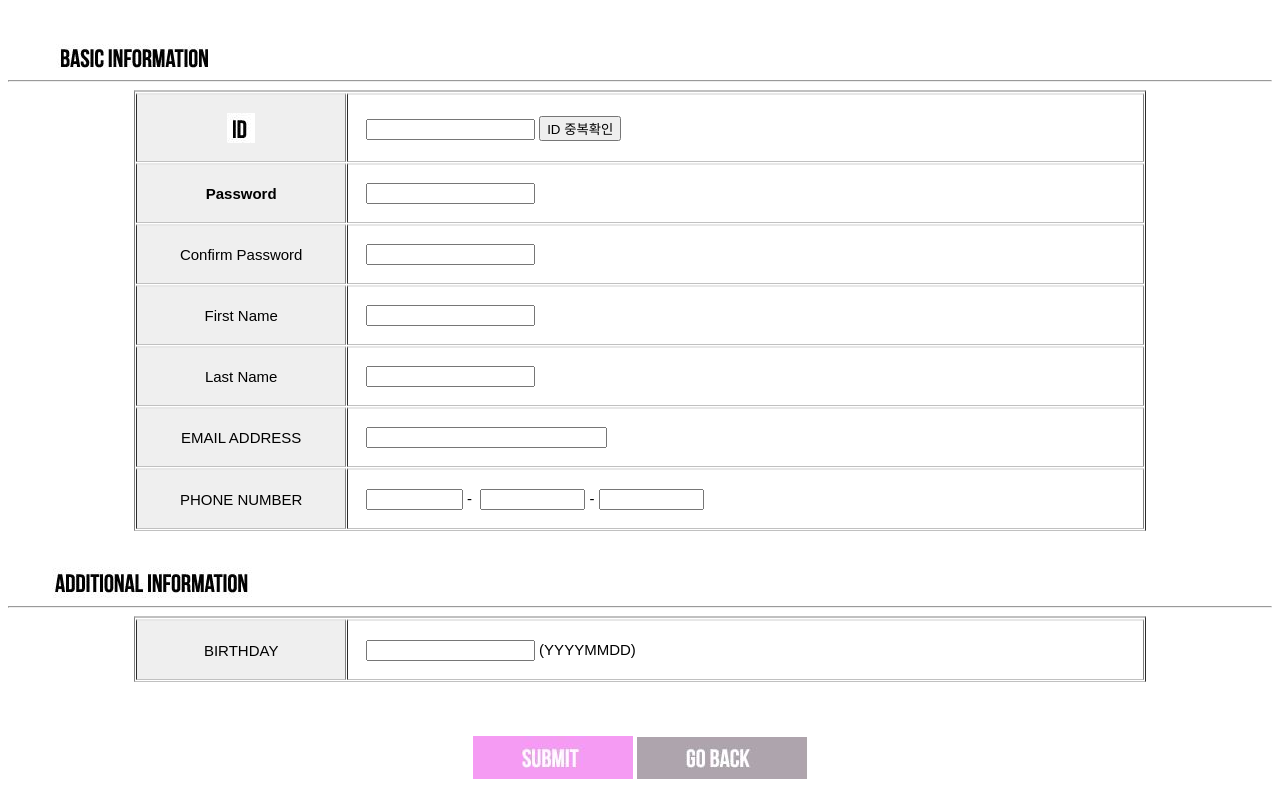
Repository: kminjoo/Making-website-using-JSP
Page: http://localhost/website_project/Register.jsp
An editor plug-in stored every save of this project. The page is shown before and after the next save, followed by the edit.
The browser window is 1280 px wide. The pictures show the whole page.
The page is served by Tomcat 9. Other server files are loaded and not shown.

Above is the page before, as saved 2015-07-21 14:40:28.

### website_project/WebContent/Register.jsp
<%@ page language="java" contentType="text/html; charset=EUC-KR"
    pageEncoding="EUC-KR"%>
<!DOCTYPE html PUBLIC "-//W3C//DTD HTML 4.01 Transitional//EN" "http://www.w3.org/TR/html4/loose.dtd">
<html>
<head>
<meta http-equiv="Content-Type" content="text/html; charset=EUC-KR">
<title>Welcome to Minjoo's Website!</title>
<link href="style.css" rel="stylesheet" type="text/css">

<script language="JavaScript" src="script.js"></script>
</head>
<body><br><br>
<div>&nbsp;&nbsp;&nbsp;&nbsp;&nbsp;&nbsp;&nbsp;&nbsp;&nbsp;&nbsp;&nbsp;
<img src="<%=request.getContextPath() %>/images/basicInfo.JPG"/></div>
<hr>
<table border="1" cellpadding="18" cellspacing="1" width="80%" align="center">
<form name="regForm" method="post" action="RegisterProc.jsp">
	<tr>
		<td width="13%" align="center" bgcolor="#EFEFEF">
		<img src="<%=request.getContextPath() %>/images/id2.JPG"/>
		</td>
		<td width="60%"><input type="text" name="mem_id" size="18">
		<input type="button" value="ID 중복확인" onClick="idCheck(this.form.mem_id.value)"></td>
	</tr>
	<tr>
		<td width="13%" align="center" bgcolor="#EFEFEF"><strong>Password</strong>
</td>
		<td width="60%"><input type="password" name="mem_passwd" size="18">
	</tr>
	<tr>
		<td width="13%" align="center" bgcolor="#EFEFEF">Confirm Password</td>
		<td width="60%"><input type="password" name="mem_repasswd" size="18">
	</tr>
	<tr>
		<td width="13%" align="center" bgcolor="#EFEFEF">First Name</td>
		<td width="60%"><input type="text" name="mem_firstname" size="18"></td>
	</tr>
	<tr>
		<td width="13%" align="center" bgcolor="#EFEFEF">Last Name</td>
		<td width="60%"><input type="text" name="mem_lastname" size="18"></td>
	</tr>
	<tr>
		<td width="13%" align="center" bgcolor="#EFEFEF">EMAIL ADDRESS</td>
		<td width="60%"><input type="text" name="mem_email" size="27">
	</tr>
	<tr>
		<td width="13%" align="center" bgcolor="#EFEFEF">PHONE NUMBER</td>
		<td width="30%"><input type="text" name="mem_phone1" size="9">&nbsp;-&nbsp;
		<input type="text" name="mem_phone2" size="10">&nbsp;-&nbsp;<input type="text" name="mem_phone3" size="10"></td>
	</tr>

</table>
<br><br>
<div>&nbsp;&nbsp;&nbsp;&nbsp;&nbsp;&nbsp;&nbsp;&nbsp;&nbsp;&nbsp;&nbsp;<img src="<%=request.getContextPath() %>/images/additional.JPG"/></div>
<hr>
<table border="1" cellpadding="18" cellspacing="1" width="80%" align="center">
<tr>
		<td width="13%" align="center" bgcolor="#EFEFEF">BIRTHDAY</td>
		<td width="60%"><input type="text" name="mem_bday" size="18">
		(YYYYMMDD)</td>
</tr>
</table>
</form>
<br>
<br>
&nbsp;&nbsp;&nbsp;&nbsp;&nbsp;&nbsp;&nbsp;&nbsp;&nbsp;&nbsp;&nbsp;
<div align="center">
<img src="<%=request.getContextPath() %>/images/submit.JPG"/>
<img src="<%=request.getContextPath() %>/images/goback.JPG"/></div>
</body>
</html>

### website_project/WebContent/style.css
@CHARSET "EUC-KR";

hr {
    display: block;
    margin-top: 0.5em;
    margin-bottom: 0.5em;
    margin-left: auto;
    margin-right: auto;
    border-style: inset;
    border-width: 1px;
}
div{
}
/*table {
    display: table;
    border-collapse: collpase;
    border-spacing: 0px;
    border-color: #EFEFEF;
}*/

img{vertical-align:middle;}

table{table-layout:fixed;border-top:2px solid #c0c0c0;border-bottom:1px solid #c0c0c0;}

td{border-top:2px solid #e7e7e7;color:black;line-height:140%;font-size:15px;font-family: arial;}

### website_project/WebContent/script.js
/**
 *
 */


function loginCheck(){
	if(document.login.mem_id.value==""){
		alert("Enter your ID.");
		document.login.mem_id.focus();
		return;
	}
	if(document.login.mem_passwd.value==""){
		alert("Enter your password.");
		document.login.mem_passwd.focus();
		return;
	}
	document.login.submit();

}

function memberReg(){
	location.href ="Register.jsp";
}
function idCheck(id){
	if(id == ""){
	alert("Enter your ID.");
	document.regForm.mem_id.focus();
	}else{
		url="IdCheck.jsp?mem_id=" + id;
		window.open(url,"post","width=300,height=150");
	}
}

function inputCheck(){
	if(document.regForm.mem_id.value==""){
		alert("Enter your ID.");
		document.regForm.mem_id.focus();
		return;
	}
	if(document.regForm.mem_password.value==""){
		alert("Enter your Password.");
		document.regForm.mem_password.focus();
		return;
	}
	if(document.regForm.mem_repasswd.value==""){
		alert("Enter your Password.");
		document.regForm.mem_repasswd.focus();
		return;
	}

	if(document.regForm.mem_password.value != document.regForm.mem_repasswd.value){
		alert("Passwords do not match.");
		document.regForm.mem_passwd.focus();
		return;
	}

	if(document.regForm.mem_firstname.value==""){
		alert("Enter your first name.");
		document.regForm.mem_firstname.focus();
		return;
	}
	if(document.regForm.mem_lastname.value==""){
		alert("Enter your last name.");
		document.regForm.mem_lastname.focus();
		return;
	}
	if(document.regForm.mem_email.value==""){
		alert("Enter your email address.");
		document.regForm.mem_email.focus();
		return;
	}
	if(document.regForm.mem_phone1.value==""){
		alert("Enter your phone number.");
		document.regForm.mem_phone1.focus();
		return;
	}
	if(document.regForm.mem_phone2.value==""){
		alert("Enter your phone number.");
		document.regForm.mem_phone2.focus();
		return;
	}
	if(document.regForm.mem_phone3.value==""){
		alert("Enter your phone number.");
		document.regForm.mem_phone3.focus();
		return;
	}

	var str = document.regForm.mem_email.value;
	var atPos = str.indexOf('@');
	var atLastPos = str.lastIndexOf('@');
	var dotPos = str.indexOf('.');
	var spacePos = str.indexOf(' ');
	var commaPos = str.indexOf(',');
	var emailSize = str.length;

	if(atPos>1 && atPos == atLastPos && dotPos > 3 && spacePos == -1 &&
			commaPos == -1 && atPos + 1 < dotPos && dotPos + 1 < emailSize );
	else{
		alert("This e-mail address is incorrectly formatted. \n\r Please try again.");
		document.regForm.mem_email.focus();
		return;
	}

	document.regForm.submit();
}

function inputCheck2(){
	if(document.regForm.mem_id.value==""){
		alert("Enter your ID.");
		document.regForm.mem_id.focus();
		return;
	}
	if(document.regForm.mem_password.value==""){
		alert("Enter your Password.");
		document.regForm.mem_password.focus();
		return;
	}

	if(document.regForm.mem_firstname.value==""){
		alert("Enter your first name.");
		document.regForm.mem_firstname.focus();
		return;
	}
	if(document.regForm.mem_lastname.value==""){
		alert("Enter your last name.");
		document.regForm.mem_lastname.focus();
		return;
	}
	if(document.regForm.mem_email.value==""){
		alert("Enter your email address.");
		document.regForm.mem_email.focus();
		return;
	}
	if(document.regForm.mem_phone1.value==""){
		alert("Enter your phone number.");
		document.regForm.mem_phone1.focus();
		return;
	}
	if(document.regForm.mem_phone2.value==""){
		alert("Enter your phone number.");
		document.regForm.mem_phone2.focus();
		return;
	}
	if(document.regForm.mem_phone3.value==""){
		alert("Enter your phone number.");
		document.regForm.mem_phone3.focus();
		return;
	}

	var str = document.regForm.mem_email.value;
	var atPos = str.indexOf('@');
	var atLastPos = str.lastIndexOf('@');
	var dotPos = str.indexOf('.');
	var spacePos = str.indexOf(' ');
	var commaPos = str.indexOf(',');
	var emailSize = str.length;

	if(atPos>1 && atPos == atLastPos && dotPos > 3 && spacePos == -1 &&
			commaPos == -1 && atPos + 1 < dotPos && dotPos + 1 < emailSize );
	else{
		alert("This e-mail address is incorrectly formatted. \n\r Please try again.");
		document.regForm.mem_email.focus();
		return;
	}

	document.regForm.submit();
}

function win_close()
{
	self.close();
}

function searchInputCheck(sform){
	if(sform.search.value==""){
	alert("Enter what you want to search");
	sform.search.focus();
	return false;
}
	sform.submit();
}

After the next save:
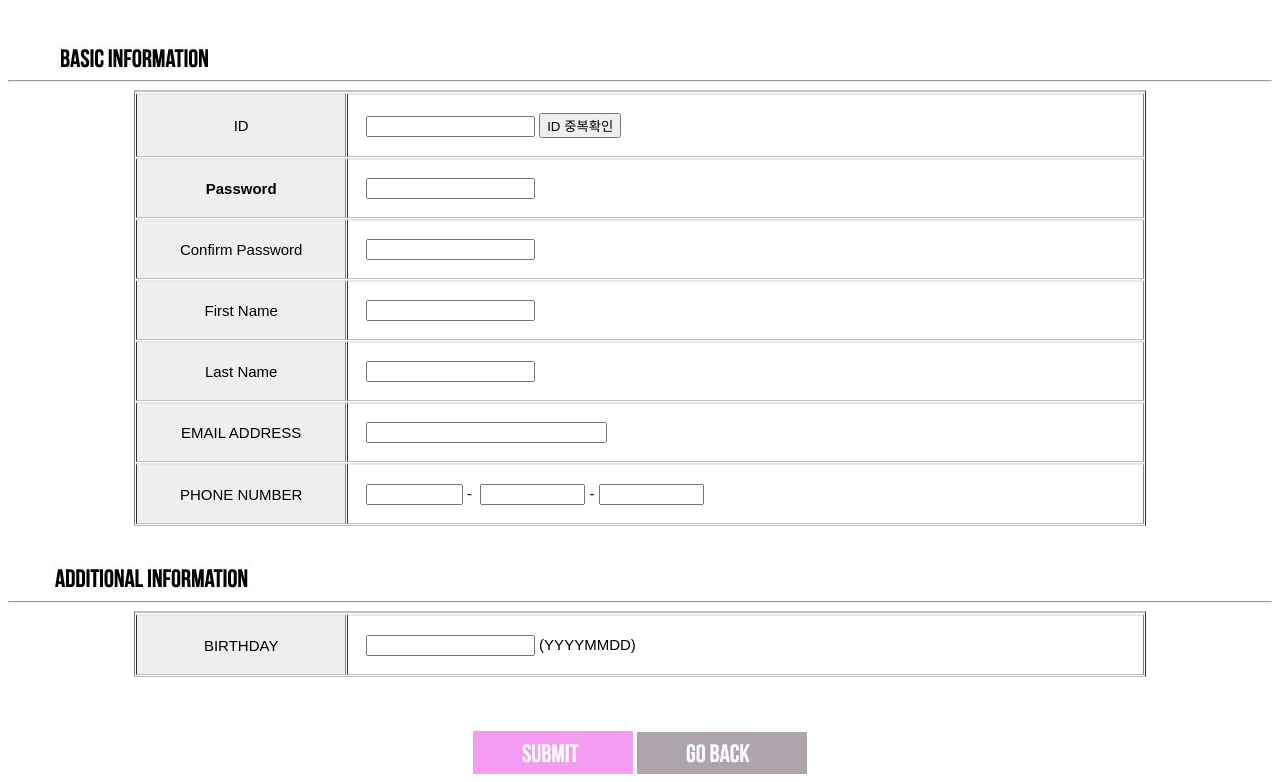
Saved 14 s later.
--- a/website_project/WebContent/Register.jsp
+++ b/website_project/WebContent/Register.jsp
@@ -17,7 +17,7 @@
 <form name="regForm" method="post" action="RegisterProc.jsp">
 	<tr>
 		<td width="13%" align="center" bgcolor="#EFEFEF">
-		<img src="<%=request.getContextPath() %>/images/id2.JPG"/>
+		ID
 		</td>
 		<td width="60%"><input type="text" name="mem_id" size="18">
 		<input type="button" value="ID 중복확인" onClick="idCheck(this.form.mem_id.value)"></td>
